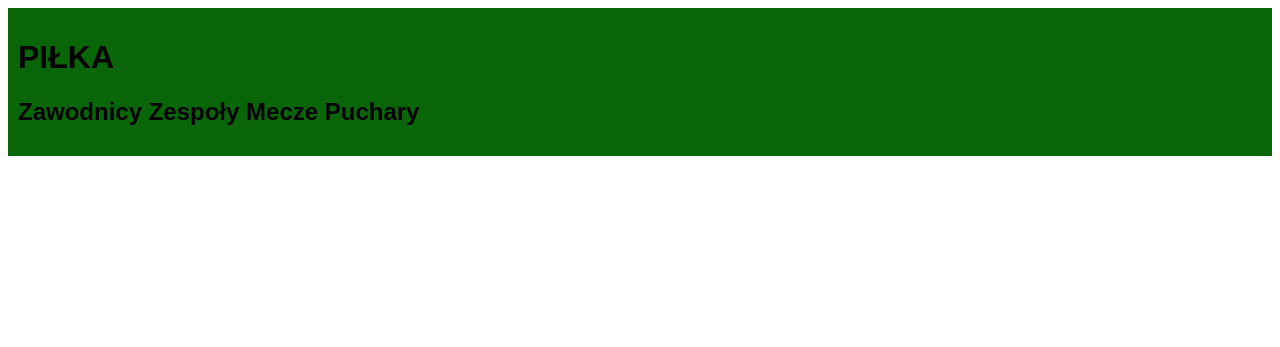
Repository: ZABA78/PAZW
Page: index.html
An editor plug-in stored every save of this project. The page is shown before and after the next save, followed by the edit.
The browser window is 1280 px wide. The pictures show the whole page.
Some web fonts or font styles are not loaded; a fallback is used.

Above is the page before, as saved 2023-10-17 13:55:17.

After the next save:
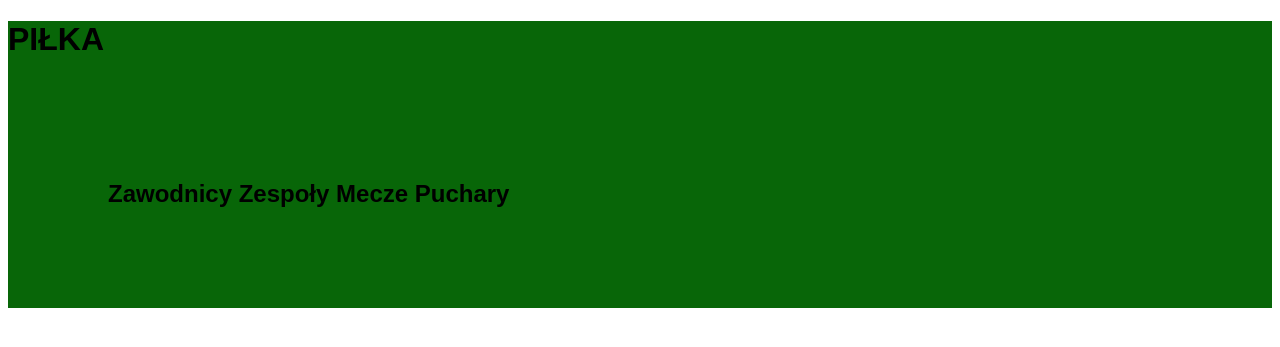
Saved 24 s later.
--- a/style.css
+++ b/style.css
@@ -10,5 +10,9 @@
 header
 {
     background-color: rgb(8, 102, 8);
-    padding: 10px;
+
 }
+h2
+{
+    padding: 100px;
+}
